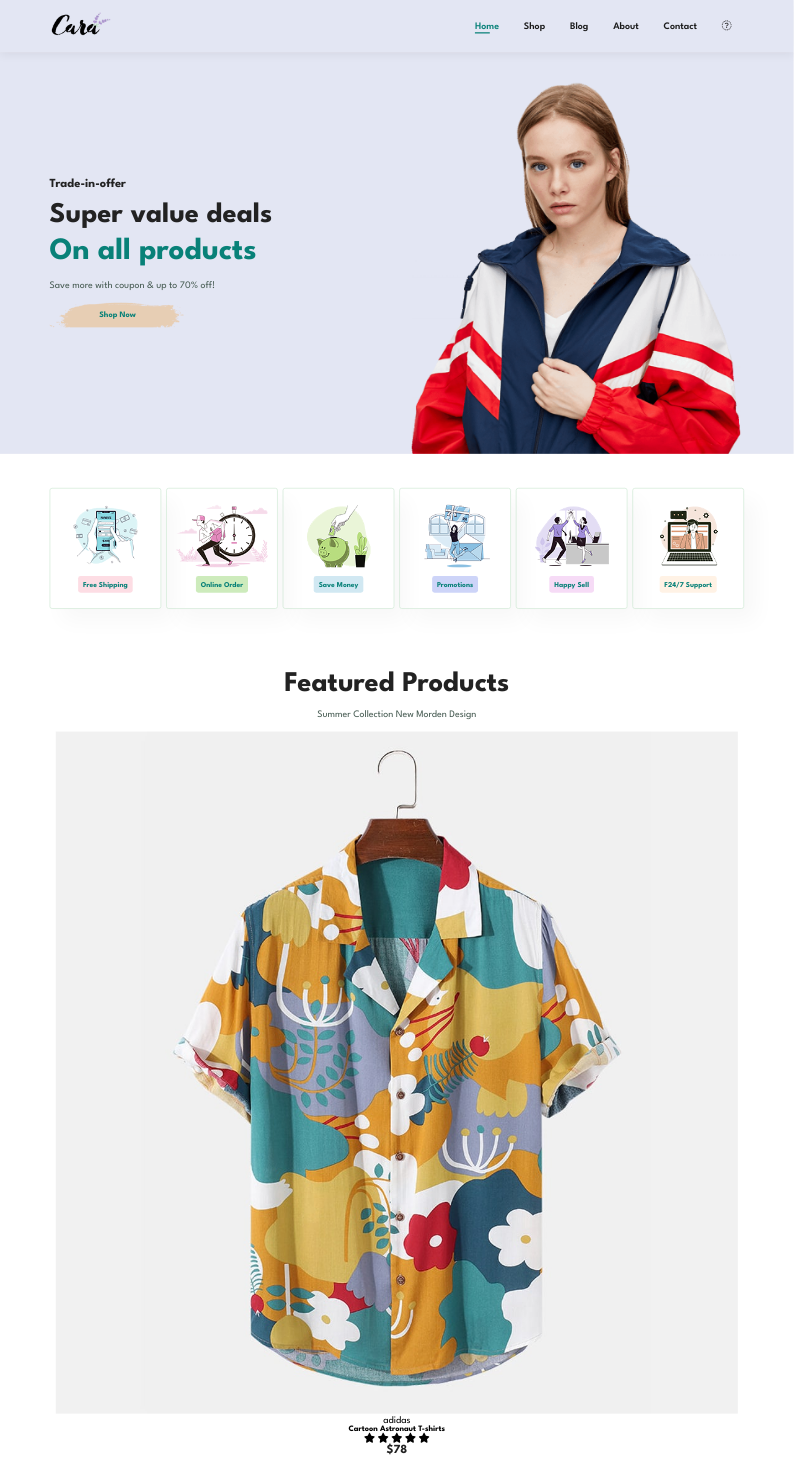
Repository: quy261001/cara
Page: index.html
An editor plug-in stored every save of this project. The page is shown before and after the next save, followed by the edit.
The browser window is 1280 px wide. The pictures show the whole page, at 62% of full size.

Above is the page before, as saved 2022-05-01 15:56:25.

### index.html
<!DOCTYPE html>
<html lang="en">
<head>
  <meta charset="UTF-8">
  <meta http-equiv="X-UA-Compatible" content="IE=edge">
  <meta name="viewport" content="width=device-width, initial-scale=1.0">
  <link rel="stylesheet" href="style.css">
  <title>Cara</title>
</head>
<body>
  <section class="header">
    <a href="#"><img src="img/logo.png" class="logo" alt=""></a>

    <div>
      <ul class="navbar">
        <li><a class="active" href="index.html">Home</a></li>
        <li><a href="shop.html">Shop</a></li>
        <li><a href="blog.html">Blog</a></li>
        <li><a href="about.html">About</a></li>
        <li><a href="contact.html">Contact</a></li>
        <li><a href="cart.html"><i class="far fa-shopping-bag"></i></a></li>
      </ul>
    </div>
  </section>

  <section class="hero">
    <h4>Trade-in-offer</h4>
    <h2>Super value deals</h2>
    <h1>On all products</h1>
    <p>Save more with coupon & up to 70% off!</p>
    <button>Shop Now</button>
  </section>

  <section class="feature section-p1">
    <div class="fe-box">
      <img src="img/features/f1.png" alt="">
      <h6>Free Shipping</h6>
    </div>
    <div class="fe-box">
      <img src="img/features/f2.png" alt="">
      <h6>Online Order</h6>
    </div>
    <div class="fe-box">
      <img src="img/features/f3.png" alt="">
      <h6>Save Money</h6>
    </div>
    <div class="fe-box">
      <img src="img/features/f4.png" alt="">
      <h6>Promotions</h6>
    </div>
    <div class="fe-box">
      <img src="img/features/f5.png" alt="">
      <h6>Happy Sell</h6>
    </div>
    <div class="fe-box">
      <img src="img/features/f6.png" alt="">
      <h6>F24/7 Support</h6>
    </div>
  </section>

  <section class="product1 section-p1">
    <h2>Featured Products</h2>
    <p>Summer Collection New Morden Design</p>
    <div class="pro-container">
      <div class="pro">
        <img src="img/products/f1.jpg" alt="">
        <div class="des">
          <span>adidas</span>
          <h5>Cartoon Astronaut T-shirts</h5>
          <div class="star">
            <i class="fas fa-star"></i>
            <i class="fas fa-star"></i>
            <i class="fas fa-star"></i>
            <i class="fas fa-star"></i>
            <i class="fas fa-star"></i>
          </div>
          <h4>$78</h4>
        </div>
        <a href=""><i class="fal fa-shopping-cart"></i></a>
      </div>
    </div>
  </section>

  <script src="script.js"></script>
  <script defer src="https://pro.fontawesome.com/releases/v5.15.4/js/all.js"></script>
</body>
</html>

### style.css
@import url('https://fonts.googleapis.com/css2?family=League+Spartan:wght@100;200;300;400;500;600;700;800;900&display=swap');
* {
  margin: 0;
  padding: 0;
  box-sizing: border-box;
  font-family: 'League Spartan', sans-serif;
}
h1 {
  font-size: 50px;
  line-height: 64px;
  color: #222;
}
h2 {
  font-size: 46px;
  line-height: 53px;
  color: #222;
}
h4 {
  font-size: 20px;
  color: #222;
}
h6 {
  font-weight: 700;
  font-size: 12px;
}
p {
  font-size: 16px;
  color: #465b52;
  margin: 15px 0 20px 0;
}
.section-p1 {
  padding: 40px 80px;
}
.section-m1 {
  margin: 40px 0;
}
body {
  width: 100%;
}

/* Header-start */
.header {
  display: flex;
  justify-content: space-between;
  align-items: center;
  padding: 20px 80px;
  background-color: #E3E6F3;
  box-shadow: 0 5px 15px rgba(0, 0, 0, 0.06);
  z-index: 999;
  position: sticky;
  top: 0;
  left: 0;
}

.navbar {
  display: flex;
  align-items: center;
  justify-content: center;
}

.navbar li {
  list-style: none;
  padding: 0 20px;
  position: relative;
}

.navbar li a {
  text-decoration: none;
  font-size:16px;
  font-weight: 600;
  color: #1a1a1a;
  transition: 0.3s ease;
}

.navbar li a:hover,
.navbar li a.active {
  color: #088178;
}

.navbar li a.active::after,
.navbar li a:hover::after {
  content: "";
  width: 30%;
  height: 2px;
  background-color: #088178;
  position: absolute;
  bottom: -4px;
  left: 20px;
}
/* Home page */
.hero {
  background-image: url("img/hero4.png");
  height: 90vh;
  width: 100%;
  background-position: top 25% right 0;
  background-size: cover;
  display: flex;
  justify-content: center;
  align-items: flex-start;
  flex-direction: column;
  padding: 0 80px;
}

.hero h4 {
  padding-bottom: 15px;
}

.hero h1 {
  color: #088178;
}

.hero button {
  background-image: url("img/button.png");
  background-color: transparent;
  color: #088178;
  border: 0;
  padding: 14px 80px 14px 80px;
  background-repeat: no-repeat;
  cursor: pointer;
  font-weight: 700;
}

.feature {
  display: flex;
  align-items: center;
  justify-content: space-between;
  flex-wrap: wrap;
}

.feature .fe-box {
   width: 180px;
   text-align: center;
   padding: 25px 15px;
   box-shadow: 20px 20px 34px rgba(0, 0, 0, 0.03);
   border: 1px solid #cce7d0;
   border-radius: 4px;
   margin: 15px 0;
}

.feature .fe-box:hover {
  box-shadow: 10px 10px 54px rgba(70, 62, 221, 0.1);
}
.feature .fe-box img {
  width: 100%;
  margin-bottom: 10px;
}
.feature .fe-box h6 {
  display: inline-block;
  padding: 9px 8px 6px 8px;
  line-height: 1;
  border-radius: 4px;
  color: #088178;
  background-color: #fddde4;
}
.feature .fe-box:nth-child(2) h6 {
  background-color: #cdebbc;
}
.feature .fe-box:nth-child(3) h6 {
  background-color: #d1e8f2;
}
.feature .fe-box:nth-child(4) h6 {
  background-color: #cdd4f8;
}
.feature .fe-box:nth-child(5) h6 {
  background-color: #f6dbf6;
}
.feature .fe-box:nth-child(6) h6 {
  background-color: #fff2e5;
}

.product1 {
  text-align: center;

}

Loaded but not shown: script.js (no copy from this time; the picture is the same without it)

After the next save:
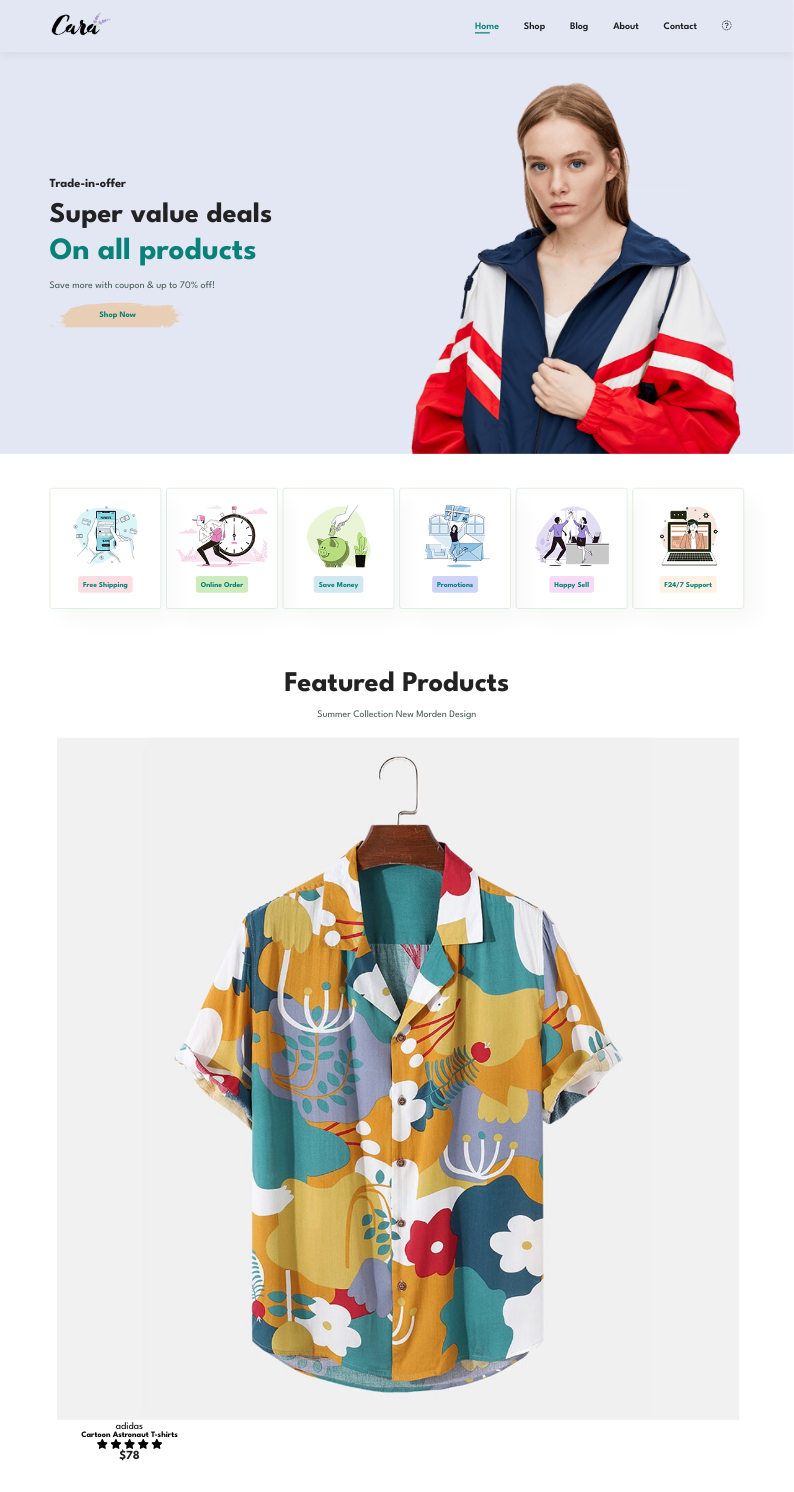
Saved 66 s later.
--- a/style.css
+++ b/style.css
@@ -170,5 +170,9 @@ body {
 
 .product1 {
   text-align: center;
-
 }
+.product1 .pro {
+  width: 23%;
+  min-width: 250px;
+  padding: 10px 12px;
+}
